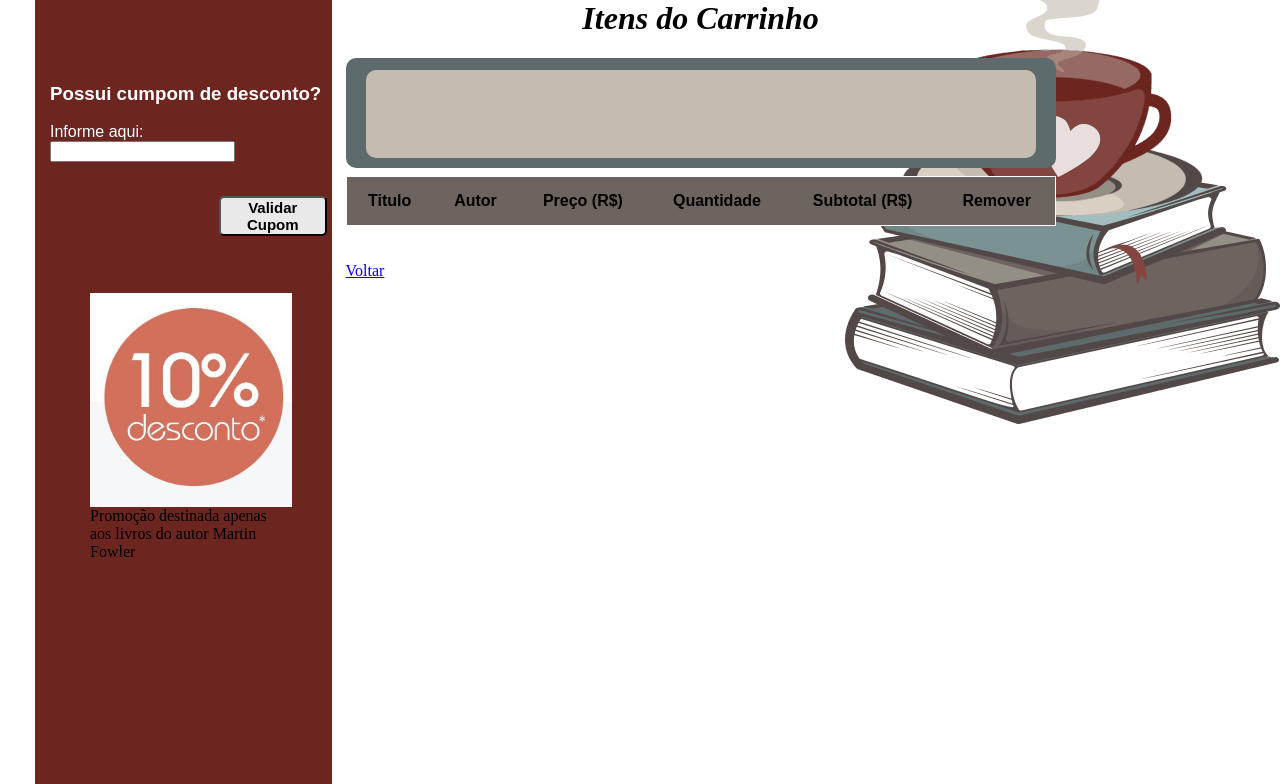
Repository: gabriellacrystina/ProjetoTegra
Page: http://localhost/book-store/meuCarrinho.jsp
These files come from the project's save history. The page is drawn as it stood at one moment and after the next save; the edit follows.
The browser window is 1280 px wide. The pictures show the whole page.
The page is served by Tomcat 9. Nobody is signed in. The application's start-up code is not run. Other server files are loaded and not shown. The template is opened directly, without the code that normally fills it, so the values that code supplies are empty.

Above is the page before, as saved 2016-07-07 23:11:32.

### book-store/WebContent/meuCarrinho.jsp
<%@ page language="java" contentType="text/html; charset=ISO-8859-1"
    pageEncoding="ISO-8859-1"%>
<%@ page import="model.Item" %>
<%@ page import="java.util.ArrayList" %>
<%@ taglib uri="http://java.sun.com/jsp/jstl/core" prefix="c" %>

<!DOCTYPE html PUBLIC "-//W3C//DTD HTML 4.01 Transitional//EN" "http://www.w3.org/TR/html4/loose.dtd">
<html>
	<head>
		<meta http-equiv="Content-Type" content="text/html; charset=ISO-8859-1">
		<link rel="stylesheet" type="text/css" href="book-store-style.css">
		<title>Carrinho</title>
	</head>
	<body>
			<section class="desconto" >
				<h3>Possui cumpom de desconto?</h3>
				<p>Informe aqui: <input type="text" id="cupom" maxlength="15"></p>
				<br>
				<button class="btn btn-validarCumpom" type="submit">Validar Cupom</button>

				<figure>
					<img id="img-desconto" src="desconto.jpg" />
					<figcaption>Promoção destinada apenas aos livros do autor Martin Fowler</figcaption>
				</figure>
			</section>

			<h1>Itens do Carrinho</h1>

			<div class="my-cart">
				<div class="carrinho">

				</div>
			</div>
			<table id="tbl-books">
			  <tr>
			    <th>Titulo</th>
			    <th>Autor</th>
			    <th>Preço (R$)</th>
			    <th>Quantidade</th>
			    <th>Subtotal (R$)</th>
			    <th>Remover</th>
			  </tr>
		  		<c:forEach var="item" items="${listaItens}">
		  			<tr class="livros">
						<td class="nome-livro">${item.getProduto().getTitulo()}</td>
						<td class="nome-autor">${item.getProduto().getAutor()}</td>
						<td class="preco">${item.getProduto().getPreco()}</td>
						<td class="quantidade">${item.getQuantidade()}</td>
						<td class="subtotal">${item.getSubtotal()}</td>
						<td>
							<form action="MeuCarrinho" method="post">
								<input type="hidden" name="id-livro" value="${item.getProduto().getId()}"/>
								<button class="btn btn-comprar" type="submit">Remover</button>
							</form>
						</td>
					</tr>
		  		</c:forEach>
			</table>
			<br>

			<br><a href="index.jsp">Voltar</a>
	</body>
</html>

### book-store/WebContent/book-store-style.css
@CHARSET "ISO-8859-1";

body {
	background-image: url("img/back.png");
	background-repeat: no-repeat;
	background-position: right top;
	background-attachment: initial;
    width: 710px;
    margin-top: 0px;
    margin-left: 27%;
	margin-right: auto;
}

h1 {
	font-style: oblique;
	text-align: center;
    color: #000000;
    margin-top: 0px;
    font-family: cursive;
}

h2{
	text-align: center;
	font-family: cursive;
    font-size: -webkit-xxx-large;
    color: #5D6B6C;
}

h5{
	color: #000000;
	font-size: x-large;
}

h4{
	color: #1b1919;
	text-align: center;
    font-size: x-large;
    font-family: cursive;

}

#tbl-books {
	width: 100%;
	font-family: "Arial", "Helvetica", sans-serif;
	border: 1px solid #ffffff;
    border-collapse: collapse;
}

#tbl-books tr:nth-child(even){
	background-color: #FFFFFF
}

#tbl-books tr:nth-child(odd){
	background-color: #6D6460;
}

th, td {
    padding: 15px;
    text-align: center;
}


.nome-livro{
	text-align: left;
}

.my-cart{
	width: 100%;
	height: 110px;
	border-radius: 10px;
    padding: 12px 20px;
    margin: 8px 0;
    box-sizing: border-box;
	background-color: #5D6B6C;
	margin-left: auto;
	margin-right: auto;
}
.cart{
	float: right;
	background-color: #c4bcb0;
	border-radius: 10px;
	padding-left: 10px;
	padding-bottom: 5px;
	margin-left: auto;
	margin-right: auto;
}

.carrinho{
	background-color: #c4bcb0;
	height: 90%;
	text-align: left;
	border-radius: 10px;
	padding-top: 10px;
	padding-left: 10px;
	padding-right: 10px;
	font: small-caption;
    font-weight: 700;
}

#lbl-meu-carrinho{
	font-size: 20px;
	font-weight: bold;
}

.btn {
	font-family: "Arial", "Helvetica", sans-serif;
	border-radius: 5px;
	font-size: 15px;
	font-weight: bold;
	margin-left: 150px;
	margin-right: 5px;
	background-color: #e9e9e9;
}

.btn-comprar{
	margin-left: 10%;
}

.btn-validarCumpom{
	margin-left: 60%;
}

.btn-concluirCompra{
	float: right;
	margin-top: -10px;
	margin-left: 70%;
}
.it-carrinho{
	margin-right: 150px;
}

.img-desconto{
	background-image: url("img/desconto.jpg");
	width: 10%;
	top:5px;
	left:20px;
	position:absolute;
}

#img-descricao{
	color: #ffffff;
	font-size: 10px;
}

h3, p{
	color: #ffffff;
	font-family: "Arial", "Helvetica", serif;
}

.desconto{
	margin-top: 0px;
	background-color: #6D2520;
	width: 22%;
	height: 100%;
	left:35px;
	text-align: left;
	padding-top: 5%;
	padding-left: 15px;
	position:absolute;
}

#img-desconto{
	padding-top: 20%;
	width: 100%;

}
.titulo-livro{
	font-size: larger;
}

After the next save:
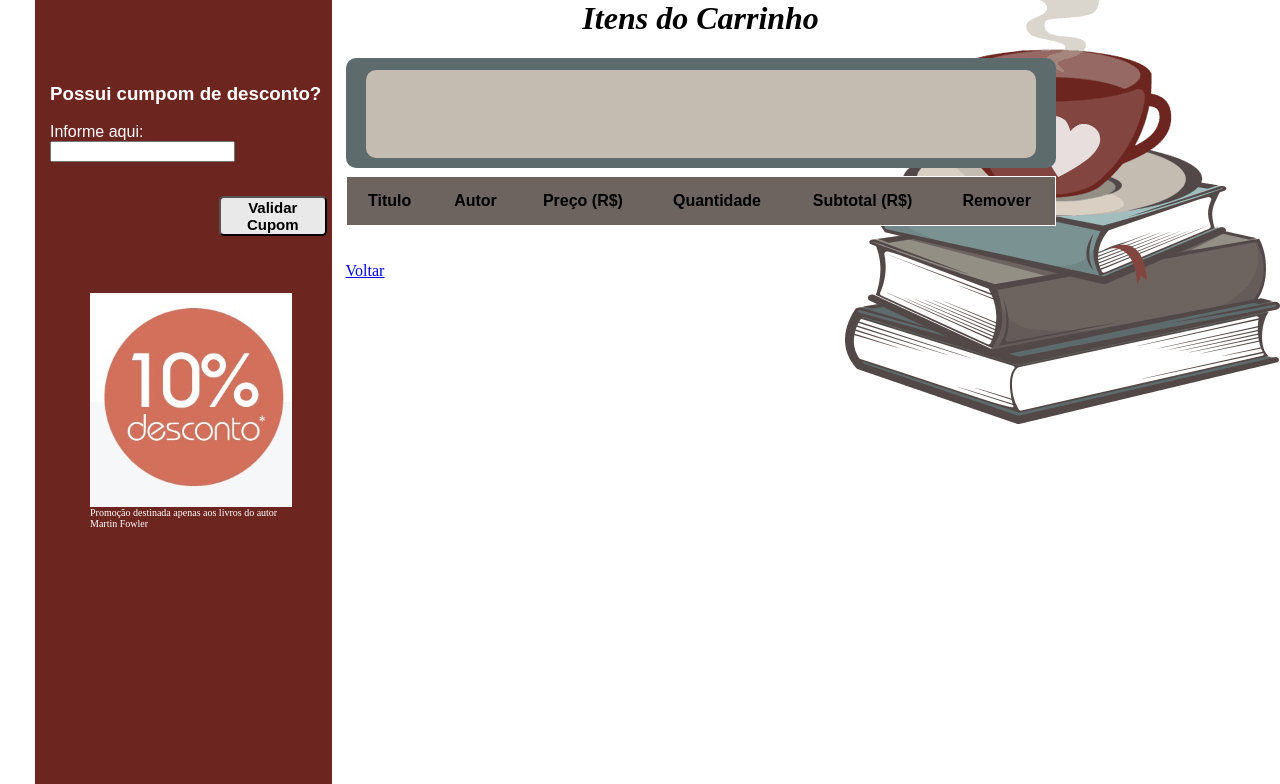
Saved 29 s later.
--- a/book-store/WebContent/meuCarrinho.jsp
+++ b/book-store/WebContent/meuCarrinho.jsp
@@ -20,7 +20,7 @@
 
 				<figure>
 					<img id="img-desconto" src="desconto.jpg" />
-					<figcaption>Promoção destinada apenas aos livros do autor Martin Fowler</figcaption>
+					<figcaption id="img-descricao">Promoção destinada apenas aos livros do autor Martin Fowler</figcaption>
 				</figure>
 			</section>
 
